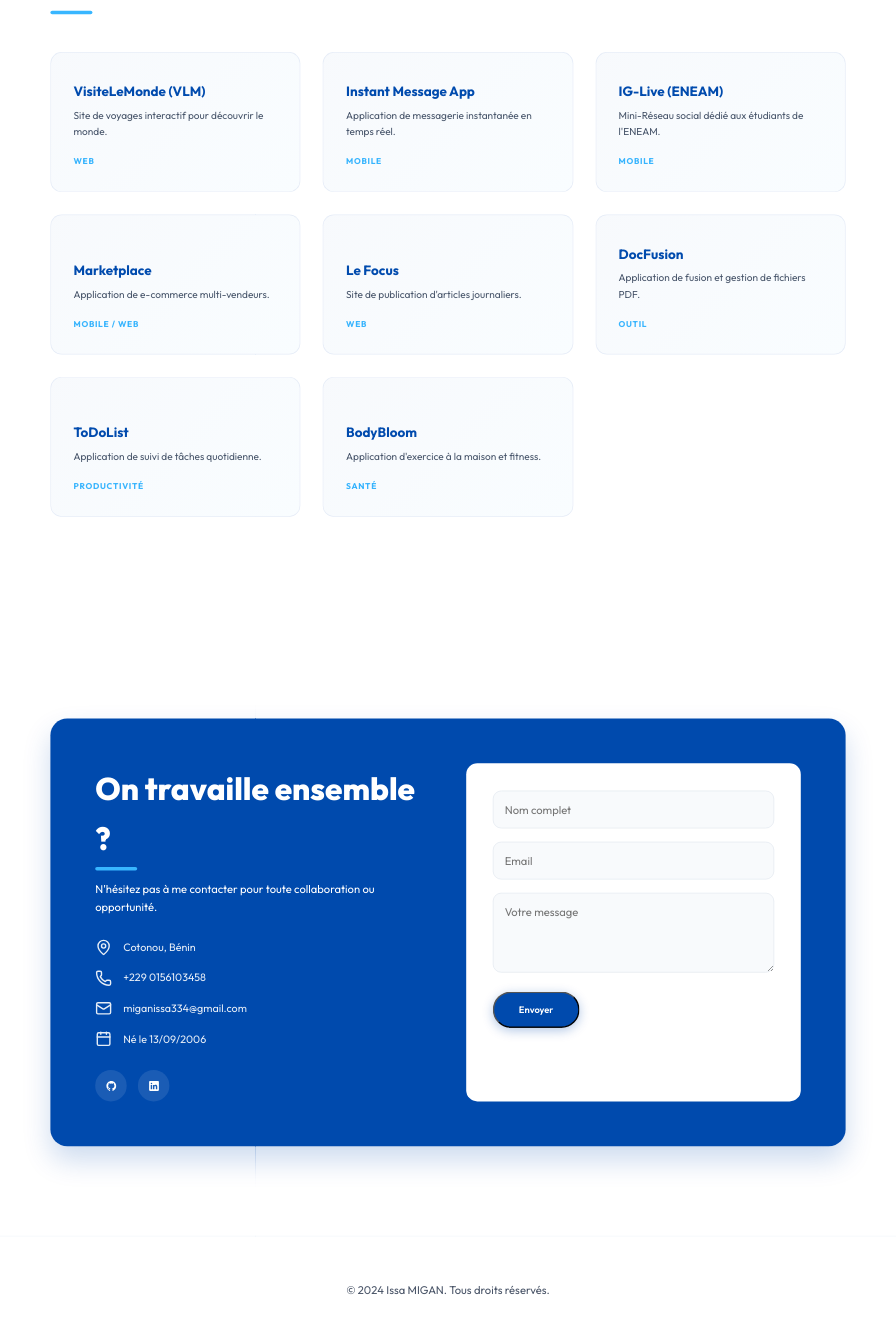
Repository: Issa-Mgn/Portfolio
Page: index.html
An editor plug-in stored every save of this project. The page is shown before and after a run of saves, followed by the edit.
The browser window is 1280 px wide. The pictures show the part of the page from y = 2899 to 4819 px (the page is 4819 px tall), at 70% of full size.

Above is the page before, as saved 2026-04-17 17:48:51.

### index.html
<!DOCTYPE html>
<html lang="fr">
<head>
    <meta charset="UTF-8">
    <meta name="viewport" content="width=device-width, initial-scale=1.0">
    <title>Issa MIGAN | Développeur Web & Mobile</title>
    <meta name="description" content="Portfolio de Issa MIGAN, Étudiant en 2e année et Développeur Web & Mobile spécialisé en React Native.">

    <!-- Google Fonts: Outfit -->
    <link rel="preconnect" href="https://fonts.googleapis.com">
    <link rel="preconnect" href="https://fonts.gstatic.com" crossorigin>
    <link href="https://fonts.googleapis.com/css2?family=Outfit:wght@300;400;500;600;700;800;900&display=swap" rel="stylesheet">

    <!-- Lucide Icons -->
    <script src="https://unpkg.com/lucide@latest"></script>
    <script type="module" src="https://unpkg.com/ionicons@7.1.0/dist/ionicons/ionicons.esm.js"></script>
<script nomodule src="https://unpkg.com/ionicons@7.1.0/dist/ionicons/ionicons.js"></script>
    <link rel="stylesheet" href="style.css">
</head>
<body>
    <!-- Background Decor -->
    <div class="blob-bg">
        <div class="blob blob-1"></div>
        <div class="blob blob-2"></div>
    </div>

    <nav>
        <div class="nav-container">
            <div class="logo">Issa<span>.</span>dev</div>
            <ul class="nav-links">
                <li><a href="#home">Accueil</a></li>
                <li><a href="#about">À propos</a></li>
                <li><a href="#skills">Compétences</a></li>
                <li><a href="#projects">Projets</a></li>
                <li><a href="#contact">Contact</a></li>
            </ul>
            <div class="menu-btn" id="menuBtn">
               <i data-lucide="menu"></i>
            </div>
        </div>
    </nav>

    <main>
        <!-- Hero Section -->
        <section id="home" class="hero">
            <div class="container">
                <div class="hero-content">
                    <h2 class="badge">Disponible pour des projets</h2>
                    <h1>Issa <span>MIGAN</span></h1>
                    <p class="role">Développeur Web et Mobile <span>(spécialisé en React Native)</span></p>
                    <p class="description">
                        Étudiant en 2e année d'université passionné par la conception d'applications multiplateformes performantes.
                    </p>
                    <div class="cta-group">
                        <a href="#projects" class="btn btn-primary">Voir mes projets</a>
                        <a href="#contact" class="btn btn-secondary">Me contacter</a>
                    </div>
                </div>
                <div class="hero-image">
                    <div class="image-wrapper">
                        <img src="image/WhatsApp Image 2025-05-04 à 17.01.30_77687495.jpg" alt="Issa MIGAN" id="profileImg">
                    </div>
                    <div class="floating-card c1">
                        <i data-lucide="smartphone"></i>
                        <span>React Native</span>
                    </div>
                    <div class="floating-card c2">
                        <i data-lucide="code-2"></i>
                        <span>JavaScript/TS</span>
                    </div>
                </div>
            </div>
        </section>

        <!-- About Section -->
        <section id="about" class="about">
            <div class="container">
                <h2 class="section-title">À propos de moi</h2>
                <div class="about-grid">
                    <div class="about-text">
                        <p>Je conçois des applications multiplateformes avec <strong>JavaScript/TypeScript</strong>, intégration d'API REST, authentification et stockage local (SQLite). Je suis à l'aise avec l'écosystème <strong>React Native/Expo</strong>, <strong>React</strong>, et le backend avec <strong>Node.js/Express</strong>.</p>
                        <p>Actuellement en 2e année d'université, mon parcours académique est centré sur le génie logiciel et les structures de données.</p>

                        <div class="education-info">
                            <h3>Formation</h3>
                            <div class="edu-item">
                                <span class="year">PRÉSENT</span>
                                <div class="edu-details">
                                    <h4>Développement et Réseaux informatiques</h4>
                                    <p>ECOLE NATIONALE D'ECONOMIE APPLICUE ET DE MANAGEMENT, Cotonou</p>
                                </div>
                            </div>
                        </div>

                        <div class="objectives-info">
                            <h3>Objectifs & Valeurs</h3>
                            <ul class="obj-list">
                                <li><strong>Produit :</strong> Compréhension du besoin, prototypage rapide.</li>
                                <li><strong>Qualité :</strong> Code propre, revues via Git/GitHub.</li>
                                <li><strong>Mobile :</strong> Optimisation des listes et gestion d'état fine.</li>
                                <li><strong>UX/UI :</strong> Composants réutilisables, design accessible.</li>
                            </ul>
                        </div>
                    </div>
                    <div class="about-details-side">
                        <div class="courses-box">
                            <h3>Cours clés</h3>
                            <div class="course-tags">
                                <span>Algorithmique</span>
                                <span>Structures de données</span>
                                <span>Bases de données</span>
                                <span>Génie logiciel</span>
                                <span>UX/UI</span>
                                <span>Réseaux</span>
                            </div>
                        </div>

                        <div class="languages-box">
                            <h3>Langues</h3>
                            <div class="lang-item">
                                <span>Français</span>
                                <div class="progress-bar"><div class="progress" style="width: 100%"></div></div>
                            </div>
                            <div class="lang-item">
                                <span>Anglais</span>
                                <div class="progress-bar"><div class="progress" style="width: 70%"></div></div>
                            </div>
                            <div class="lang-item">
                                <span>Fon</span>
                                <div class="progress-bar"><div class="progress" style="width: 90%"></div></div>
                            </div>
                        </div>

                        <div class="interests-box">
                            <h3>Centres d'intérêt</h3>
                            <p><i data-lucide="music"></i> Écouter de la musique</p>
                        </div>
                    </div>
                </div>
            </div>
        </section>

        <!-- Skills Section -->
        <section id="skills" class="skills">
            <div class="container">
                <h2 class="section-title">Compétences</h2>
                <div class="skills-grid">
                    <div class="skill-card">
                        <i data-lucide="layers"></i>
                        <h3>Frontend</h3>
                        <p>React Native, React, Expo, HTML, CSS, JavaScript, TypeScript</p>
                    </div>
                    <div class="skill-card">
                        <i data-lucide="server"></i>
                        <h3>Backend</h3>
                        <p>Node.js, Express, API REST, Firebase Auth</p>
                    </div>
                    <div class="skill-card">
                        <i data-lucide="database"></i>
                        <h3>Bases de données</h3>
                        <p>PostgreSQL, SQLite, Supabase</p>
                    </div>
                    <div class="skill-card">
                        <i data-lucide="git-branch"></i>
                        <h3>Outils</h3>
                        <p>Git, GitHub, VS Code, Figma (UX/UI)</p>
                    </div>
                </div>
            </div>
        </section>

        <!-- Projects Section -->
        <section id="projects" class="projects">
            <div class="container">
                <h2 class="section-title">Mes Projets Concrétisés</h2>
                <div class="projects-grid">
                    <div class="project-card">
                        <div class="project-info">
                            <h3>VisiteLeMonde (VLM)</h3>
                            <p>Site de voyages interactif pour découvrir le monde.</p>
                            <span class="tag">Web</span>
                        </div>
                    </div>
                    <div class="project-card">
                        <div class="project-info">
                            <h3>Instant Message App</h3>
                            <p>Application de messagerie instantanée en temps réel.</p>
                            <span class="tag">Mobile</span>
                        </div>
                    </div>
                    <div class="project-card">
                        <div class="project-info">
                            <h3>IG-Live (ENEAM)</h3>
                            <p>Mini-Réseau social dédié aux étudiants de l'ENEAM.</p>
                            <span class="tag">Mobile</span>
                        </div>
                    </div>
                    <div class="project-card">
                        <div class="project-info">
                            <h3>Marketplace</h3>
                            <p>Application de e-commerce multi-vendeurs.</p>
                            <span class="tag">Mobile / Web</span>
                        </div>
                    </div>
                    <div class="project-card">
                        <div class="project-info">
                            <h3>Le Focus</h3>
                            <p>Site de publication d'articles journaliers.</p>
                            <span class="tag">Web</span>
                        </div>
                    </div>
                    <div class="project-card">
                        <div class="project-info">
                            <h3>DocFusion</h3>
                            <p>Application de fusion et gestion de fichiers PDF.</p>
                            <span class="tag">Outil</span>
                        </div>
                    </div>
                    <div class="project-card">
                        <div class="project-info">
                            <h3>ToDoList</h3>
                            <p>Application de suivi de tâches quotidienne.</p>
                            <span class="tag">Productivité</span>
                        </div>
                    </div>
                    <div class="project-card">
                        <div class="project-info">
                            <h3>BodyBloom</h3>
                            <p>Application d'exercice à la maison et fitness.</p>
                            <span class="tag">Santé</span>
                        </div>
                    </div>
                </div>
            </div>
        </section>

        <!-- Contact Section -->
        <section id="contact" class="contact">
            <div class="container">
                <div class="contact-box">
                    <div class="contact-info">
                        <h2 class="section-title">On travaille ensemble ?</h2>
                        <p>N'hésitez pas à me contacter pour toute collaboration ou opportunité.</p>
                        <ul class="contact-list">
                            <li><i data-lucide="map-pin"></i> Cotonou, Bénin</li>
                            <li><i data-lucide="phone"></i> +229 0156103458</li>
                            <li><i data-lucide="mail"></i> miganissa334@gmail.com</li>
                            <li><i data-lucide="calendar"></i> Né le 13/09/2006</li>
                        </ul>
                        <div class="social-links">
                            <a href="https://github.com/Issa-Mgn"><ion-icon name="logo-github"></ion-icon></a>
                            <a href="https://www.linkedin.com/in/issa-migan-520051362?utm_source=share&utm_campaign=share_via&utm_content=profile&utm_medium=android_app" target="_blank"><ion-icon name="logo-linkedin"></ion-icon>
</a>
                        </div>
                    </div>
                    <form class="contact-form">
                        <div class="form-group">
                            <input type="text" placeholder="Nom complet" required>
                        </div>
                        <div class="form-group">
                            <input type="email" placeholder="Email" required>
                        </div>
                        <div class="form-group">
                            <textarea placeholder="Votre message" rows="4" required></textarea>
                        </div>
                        <button type="submit" class="btn btn-primary">Envoyer</button>
                    </form>
                </div>
            </div>
        </section>
    </main>

    <footer>
        <div class="container">
            <p>&copy; 2024 Issa MIGAN. Tous droits réservés.</p>
        </div>
    </footer>

    <script>
        // Initialize Lucide icons
        lucide.createIcons();

        // Mobile menu toggle
        const menuBtn = document.getElementById('menuBtn');
        const navLinks = document.querySelector('.nav-links');

        menuBtn.addEventListener('click', () => {
            navLinks.classList.toggle('active');
        });

        // Smooth scroll
        document.querySelectorAll('a[href^="#"]').forEach(anchor => {
            anchor.addEventListener('click', function (e) {
                e.preventDefault();
                document.querySelector(this.getAttribute('href')).scrollIntoView({
                    behavior: 'smooth'
                });
            });
        });
    </script>
</body>
</html>

Loaded but not shown: style.css (779 lines, source omitted)

After the next 3 saves:
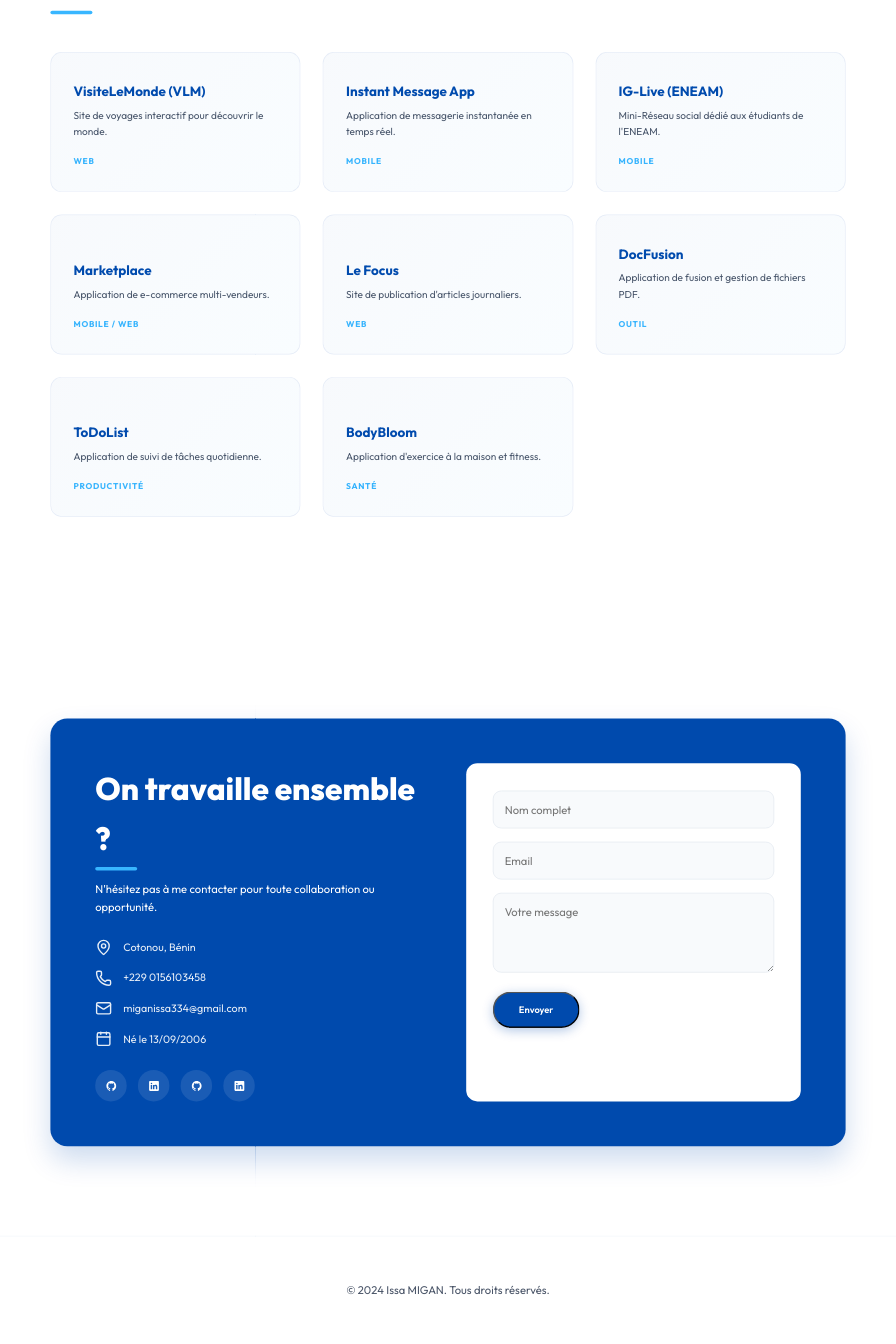
The 3 saves are shown as one change because they came seconds apart.
The last was saved 85 s later.
--- a/index.html
+++ b/index.html
@@ -250,6 +250,8 @@
                         <div class="social-links">
                             <a href="https://github.com/Issa-Mgn"><ion-icon name="logo-github"></ion-icon></a>
                             <a href="https://www.linkedin.com/in/issa-migan-520051362?utm_source=share&utm_campaign=share_via&utm_content=profile&utm_medium=android_app" target="_blank"><ion-icon name="logo-linkedin"></ion-icon>
+                            <a href="https://github.com/Issa-Mgn"><ion-icon name="logo-github"></ion-icon></a>
+                            <a href="https://www.linkedin.com/in/issa-migan-520051362?utm_source=share&utm_campaign=share_via&utm_content=profile&utm_medium=android_app" target="_blank"><ion-icon name="logo-linkedin"></ion-icon>
 </a>
                         </div>
                     </div>
